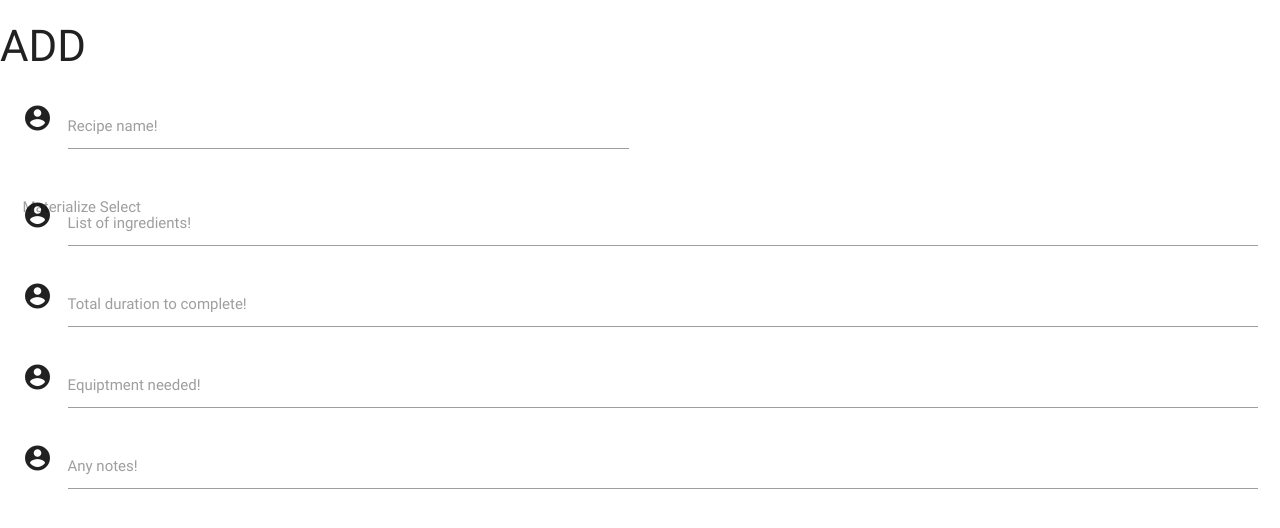
Repository: tgarratt/HungryHerbivore-Milestone3
Page: templates/addrecipe.html
The author's editor kept a record of every edit. The page is drawn from the files as they stood at one moment, then again after the next edit.
The browser window is 1280 px wide. The pictures show the whole page.
The template is drawn by Flask 3. The application's start-up code is not run. Other server files are loaded and not shown. The template is opened directly, without the code that normally fills it, so the values that code supplies are empty.

Above is the page before.

### templates/addrecipe.html
{% extends 'parent.html'%} {% block content %}

<h3>ADD</h3>
<div class="row">
    <form action="" method="POST" class="col s12">
        <div class="row">
            <div class="input-field col s6">
                <i class="material-icons prefix">account_circle</i>
                <input id="meal_name" name="meal_name" type="text" class="validate">
                <label for="icon_prefix">Recipe name!</label>
            </div>

            <div class="input-field col s12">
                <select>
                    <option value="" disabled selected>Choose your option</option>
                    <option value="1">Option 1</option>
                    <option value="2">Option 2</option>
                    <option value="3">Option 3</option>
                </select>
                <label>Materialize Select</label>
            </div>

            <div class="input-field col s12">
                <i class="material-icons prefix">account_circle</i>
                <input id="meal_ingredients" name="meal_ingredients" type="text" class="validate">
                <label for="icon_prefix">List of ingredients!</label>
            </div>

            <div class="input-field col s12">
                <i class="material-icons prefix">account_circle</i>
                <input id="meal_time" name="meal_time" type="text" class="validate">
                <label for="icon_prefix">Total duration to complete!</label>
            </div>

            <div class="input-field col s12">
                <i class="material-icons prefix">account_circle</i>
                <input id="meal_requirements" name="meal_requirements" type="text" class="validate">
                <label for="icon_prefix">Equiptment needed!</label>
            </div>

            <div class="input-field col s12">
                <i class="material-icons prefix">account_circle</i>
                <input id="meal_comment" name="meal_comment" type="text" class="validate">
                <label for="icon_prefix"> Any notes!</label>
            </div>

        </div>
</div>
</form>
</div>

{% endblock %}

### templates/parent.html
<!DOCTYPE html>
<html>

<head>
    <link href="https://fonts.googleapis.com/icon?family=Material+Icons" rel="stylesheet">
    <link rel="stylesheet" href="https://cdnjs.cloudflare.com/ajax/libs/materialize/0.100.2/css/materialize.min.css">

</head>

<body>
    {% block content %} {% endblock %}
    <script src="https://cdnjs.cloudflare.com/ajax/libs/jquery/3.4.1/jquery.min.js" integrity="sha256-CSXorXvZcTkaix6Yvo6HppcZGetbYMGWSFlBw8HfCJo=" crossorigin="anonymous"></script>
    <script src="https://cdnjs.cloudflare.com/ajax/libs/materialize/0.100.2/js/materialize.min.js"></script>
    <script type="text/javascript">
        $(document).ready(function() {
            $('.collapsible').collapsible();
        });
    </script>
</body>

</html>

After the next edit:
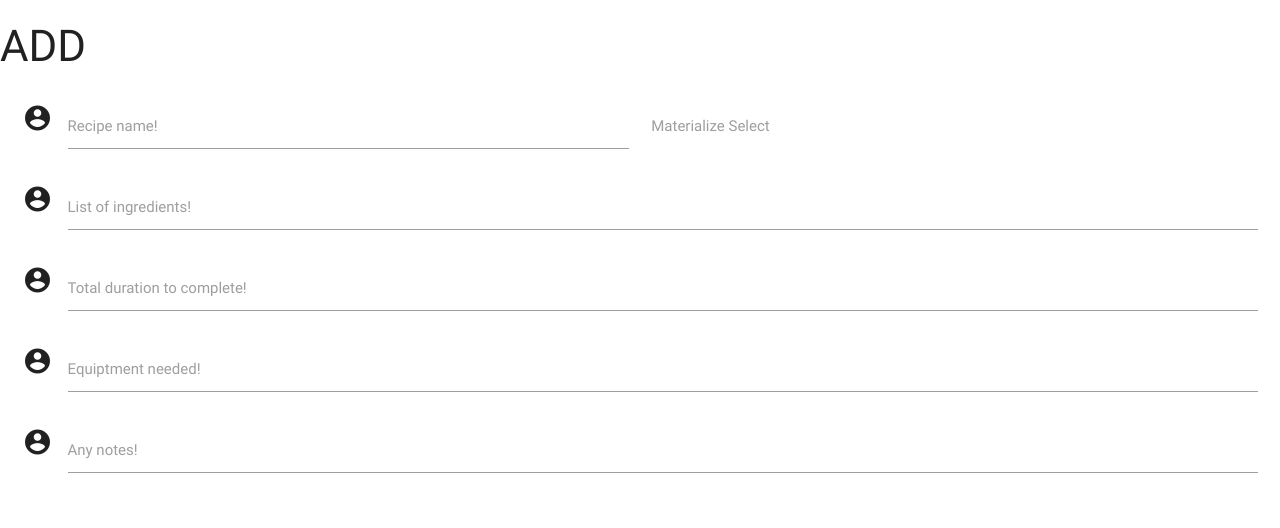
The edit:
--- a/templates/addrecipe.html
+++ b/templates/addrecipe.html
@@ -10,7 +10,7 @@
                 <label for="icon_prefix">Recipe name!</label>
             </div>
 
-            <div class="input-field col s12">
+            <div class="input-field col s6">
                 <select>
                     <option value="" disabled selected>Choose your option</option>
                     <option value="1">Option 1</option>
